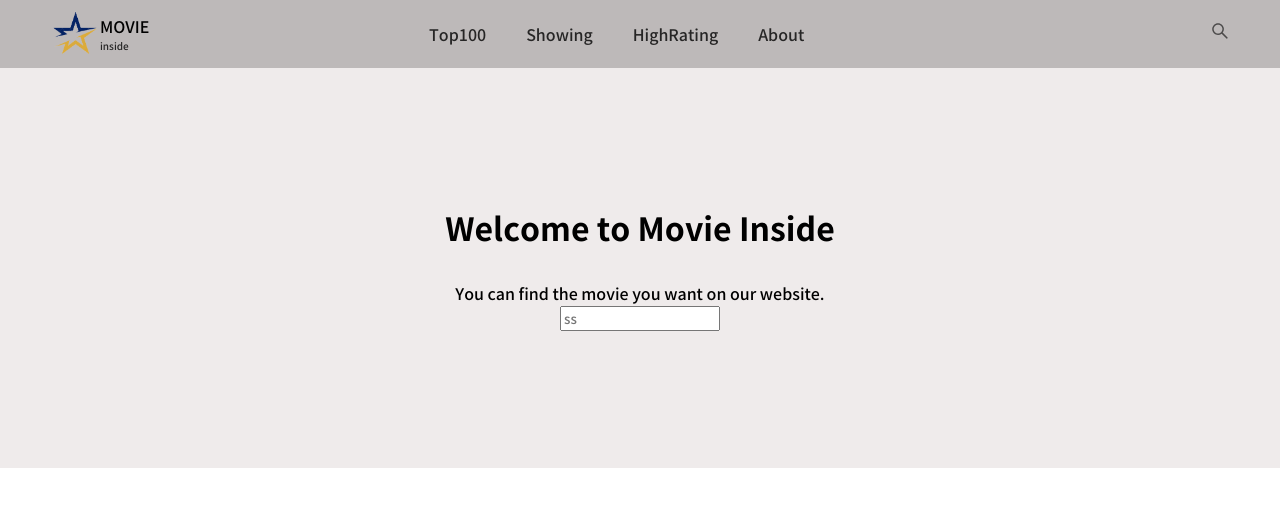
Repository: yangddoddi/Movie-Inside
Page: /
These files come from the project's save history. The page is drawn as it stood at one moment and after the next save; the edit follows.
The browser window is 1280 px wide. The pictures show the whole page.
The project was rebuilt for these pictures with package versions that can differ from the ones it lists, and the page was loaded fresh each time. Also part of the build but not shown: src/App.css, src/routes/Detail.js.

Above is the page before, as saved 2022-05-02 18:42:51.

### public/index.html
<!DOCTYPE html>
<html lang="en">

<head>
  <meta charset="utf-8" />
  <link rel="icon" href="./image/logo.png" />
  <meta name="viewport" content="width=device-width, initial-scale=1" />
  <meta name="theme-color" content="#000000" />
  <meta name="description" content="Web site created using create-react-app" />
  <link rel="apple-touch-icon" href="%PUBLIC_URL%/logo192.png" />
  <!--
      manifest.json provides metadata used when your web app is installed on a
      user's mobile device or desktop. See https://developers.google.com/web/fundamentals/web-app-manifest/
    -->
  <link rel="manifest" href="%PUBLIC_URL%/manifest.json" />
  <!--
      Notice the use of %PUBLIC_URL% in the tags above.
      It will be replaced with the URL of the `public` folder during the build.
      Only files inside the `public` folder can be referenced from the HTML.

      Unlike "/favicon.ico" or "favicon.ico", "%PUBLIC_URL%/favicon.ico" will
      work correctly both with client-side routing and a non-root public URL.
      Learn how to configure a non-root public URL by running `npm run build`.
    -->
  <title>Movie Inside</title>
</head>

<body>
  <noscript>You need to enable JavaScript to run this app.</noscript>
  <div id="root"></div>
  <!--
      This HTML file is a template.
      If you open it directly in the browser, you will see an empty page.

      You can add webfonts, meta tags, or analytics to this file.
      The build step will place the bundled scripts into the <body> tag.

      To begin the development, run `npm start` or `yarn start`.
      To create a production bundle, use `npm run build` or `yarn build`.
    -->
</body>

</html>

### src/App.js
import "./App.css";
import { RouteJS } from "./components/Routes";
import "./scss/main.scss";
import { Nav } from "./components/Nav";

function App() {
  return (
    <>
      <Nav />
      <RouteJS />
    </>
  );
}

export default App;

### src/components/Routes.js
import { Route, BrowserRouter, Routes } from "react-router-dom";
import { Main } from "../routes/Main";
import { Detail } from "../routes/Detail";

export const RouteJS = () => {
  return (
    <Routes>
      <Route path="/" element={<Main />} />
      <Route path="/detail" element={<Detail />} />
    </Routes>
  );
};

### src/scss/main.scss


* {
    box-sizing: border-box;
    font-family: 'Noto Sans CJK KR';
    margin: 0px;
}

### src/components/Nav.js
import React from "react";
import logo from "../image/logo.png";
import styles from "./Nav.module.scss";
import { AiOutlineSearch } from "react-icons/ai";

export const Nav = () => {
  return (
    <nav className={styles.nav}>
      <div className={styles.navContainer}>
        <div className={styles.leftContainer}>
          <img className={styles.logo} src={logo}></img>
          <div className={styles.logoContainer}>
            <span>MOVIE</span>
            <span>inside</span>
          </div>
        </div>
        <ul className={styles.navItems}>
          <li className={styles.navItem}>Top100</li>
          <li className={styles.navItem}>Showing</li>
          <li className={styles.navItem}>HighRating</li>
          <li className={styles.navItem}>About</li>
        </ul>
        <form className={styles.navForm}>
          <input type={"text"} id="searchInput" />
          <label for="searchInput">
            <AiOutlineSearch className={styles.searchIcon} />
          </label>
        </form>
      </div>
    </nav>
  );
};

### src/routes/Main.js
import React from "react";
import { Jumbotron } from "../components/Main/Jumbotron";

export const Main = () => {
  return (
    <>
      <Jumbotron />
    </>
  );
};

### src/components/Nav.module.scss
@import url(../scss/font.scss);


.nav {
    background-color: #bdb9b9;
    width: 100%;
    padding: 10px 50px 10px 50px;
    display: flex;
    justify-content: center;
}

.navContainer {
    display: flex;
    align-items: center;
    justify-content: space-between;
    width: 100%;
    max-width: 1200px;
}

.logo {
    width: 50px;
}

.logoContainer {
    display: flex;
    flex-direction: column;
    justify-content: flex-end;
    user-select: none;

    span:nth-child(2) {
        font-size: 10px;
        color:rgba(0,0,0,0.8);
    }
}

.leftContainer {
    display: flex;
    align-items: center;
}

.navItems {
    display: flex;
    list-style: none;
    color: rgba(0,0,0,0.8);
    font-size: 16px;
    margin: 0px;
}


.navItem {
    margin: 0px 20px 0px 20px;
    cursor: pointer;
}

.navForm {
        position:relative;
        display: flex;
        align-items: center;

    input {
        margin-left: 30px;
        border-radius: 5%;
        height: 25px;
        border: none;
        color: rgba(0,0,0,0.8);
        background-color: transparent;
    }

    input:focus {
        outline: none;
        border-bottom: rgba(122,122,122,1) solid 1px;
    }

    label {
        position: absolute;
        right: 0px;
        height: 25px;
        border-left: none;
    }

    svg {
        font-size: 20px;
        color: rgba(0,0,0,0.6);
    }
}

### src/components/Main/Jumbotron.js
import React from "react";
import styles from "./Jumbotron.module.scss";

export const Jumbotron = () => {
  return (
    <div className={styles.jumbotron}>
      <div className={styles.jumbotronContainer}>
        <h1 className={styles.header}> Welcome to Movie Inside </h1>
        <p>You can find the movie you want on our website.</p>
        <input className={styles.search} placeHolder="ss" />
      </div>
    </div>
  );
};

### src/scss/font.scss
@font-face {
    font-family: 'Noto Sans CJK KR';
    font-style: normal;
    font-weight: light;
    src: url('../fontStyle/NotoSansKR-Light.otf')
}

@font-face {
    font-family: 'Noto Sans CJK KR';
    font-style: normal;
    font-weight: normal;
    src: url('../fontStyle/NotoSansKR-Regular.otf')
}

@font-face {
    font-family: 'Noto Sans CJK KR';
    font-style: normal;
    font-weight: semi-bold;
    src: url('../fontStyle/NotoSansKR-Medium.otf')
}
@font-face {
    font-family: 'Noto Sans CJK KR';
    font-style: normal;
    font-weight: bold;
    src: url('../fontStyle/NotoSansKR-Bold.otf')
}

### src/components/Main/Jumbotron.module.scss

.jumbotron {
    background-color: #efebeb;
    padding: 50px;
    display: flex;
    justify-content: center;
    align-items: center;
    height: 400px;
}

.jumbotronContainer {
    width: 100%;
    max-width: 1200px;
    text-align: center;
}

.header {
    margin-bottom: 30px;
}

Loaded but not shown: src/index.js (common file); src/index.css (common file); src/reportWebVitals.js (common file)

After the next save:
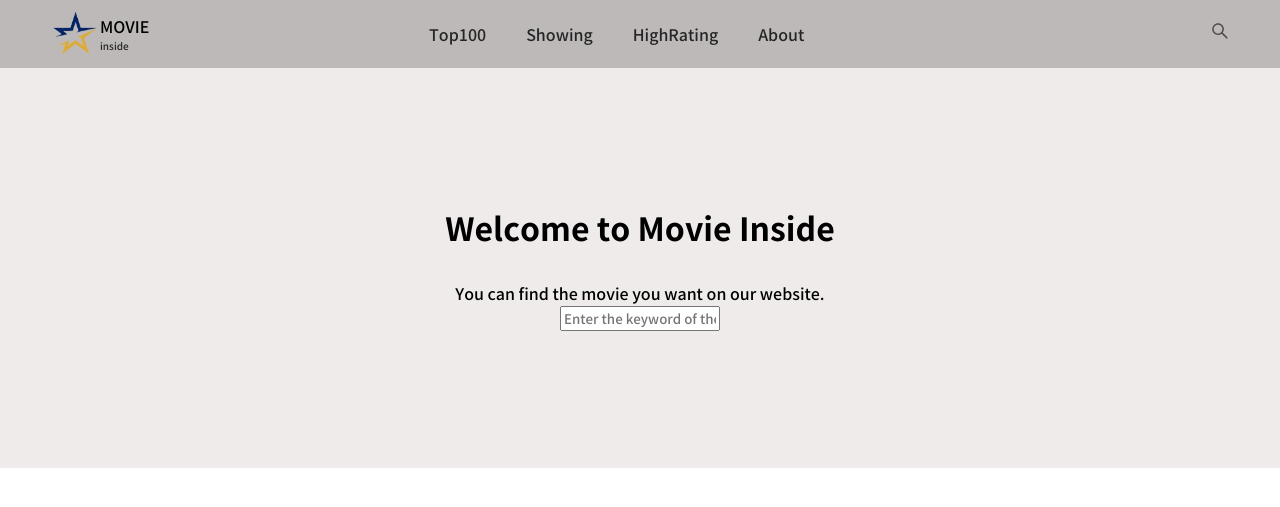
Saved 15 s later.
--- a/src/components/Main/Jumbotron.js
+++ b/src/components/Main/Jumbotron.js
@@ -7,7 +7,10 @@
       <div className={styles.jumbotronContainer}>
         <h1 className={styles.header}> Welcome to Movie Inside </h1>
         <p>You can find the movie you want on our website.</p>
-        <input className={styles.search} placeHolder="ss" />
+        <input
+          className={styles.search}
+          placeHolder="Enter the keyword of the movie you want to find."
+        />
       </div>
     </div>
   );
